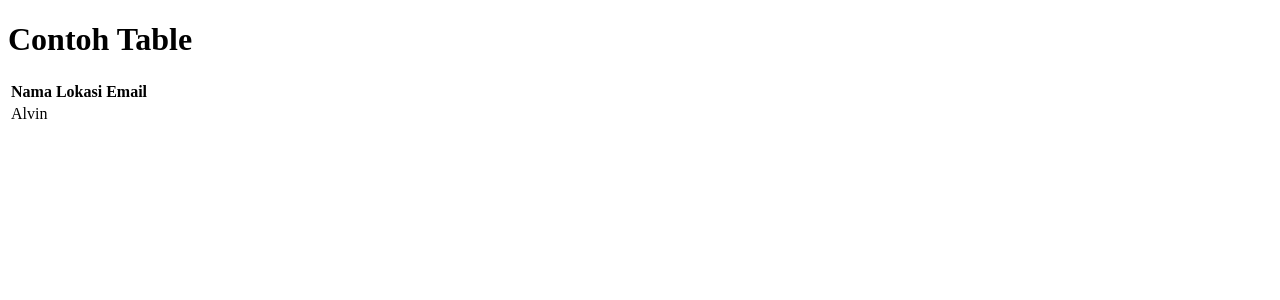
Repository: esramrsln/day2_RevoU
Page: table.html
An editor plug-in stored every save of this project. The page is shown before and after a run of saves, followed by the edit.
The browser window is 1280 px wide. The pictures show the whole page.

Above is the page before, as saved 2024-07-23 19:39:40.

### table.html
<!DOCTYPE html>
<html>
<head>
    <meta charset="UTF-8" />
    <title>Membuat Table </title>
    <style>
        table, th, td {
            border: lpx solid black;
        }
    </style>
</head>
<body>
    <h1>Contoh Table</h1>
    <table>
        <tr>
            <th>Nama</th>
            <th>Lokasi</th>
            <th>Email</th>
        </tr>
        <tr>
            <td>Alvin</td>
            <td></td>
        </tr>
    </table>
</body>
</html>

After the next 6 saves:
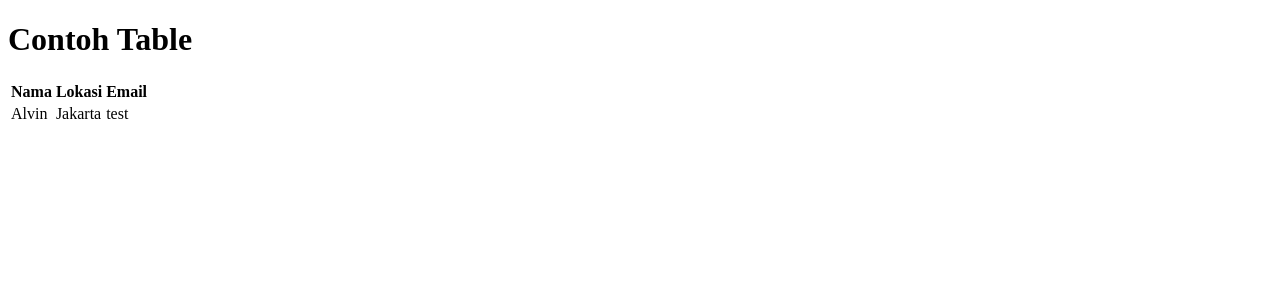
The 6 saves are shown as one change because they came seconds apart.
The last was saved 13 s later.
--- a/table.html
+++ b/table.html
@@ -19,7 +19,8 @@
         </tr>
         <tr>
             <td>Alvin</td>
-            <td></td>
+            <td>Jakarta</td>
+            <td>test</td>
         </tr>
     </table>
 </body>
